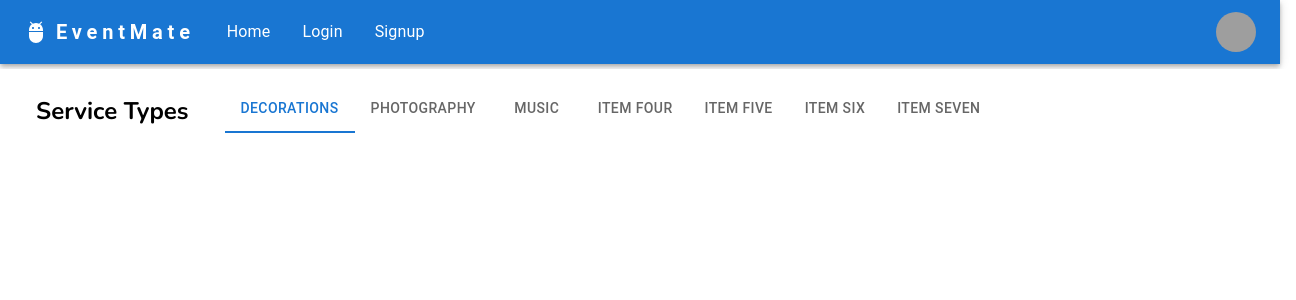
Repository: Farida-Yeasmin-Mim/EventMate_Frontend
Page: /filterpage
An editor plug-in stored every save of this project. The page is shown before and after the next save, followed by the edit.
The browser window is 1280 px wide. The page is 1296 px wide, so the pictures cover 1296 px, including what lies to the right of the window. The pictures show the whole page.
Pictures or frames that could not be fetched are drawn as grey boxes. The page's requests for data from a server got no answer. The project was rebuilt for these pictures with package versions that can differ from the ones it lists, and the page was loaded fresh each time. No one was signed in, and anything a server would have sent is missing. Also part of the build but not shown: src/components/PostRequest.js, src/pages/auth/Login.js, src/components/seletionTextField/selectGender.js, src/pages/auth/Signup.js, src/components/vendor/RegVendor.js, src/components/offer.js, src/components/productcategories.js, src/components/icontabs.js and 15 more.

Above is the page before, as saved 2022-08-16 17:57:52.

After the next save:
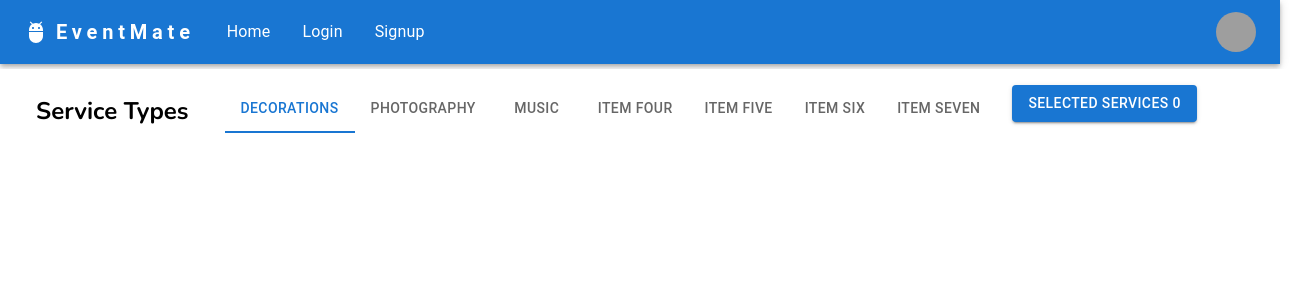
Saved 10 s later.
--- a/src/components/event/filter/FilterPage.js
+++ b/src/components/event/filter/FilterPage.js
@@ -34,6 +34,7 @@ import Tabs from '@mui/material/Tabs';
 import Tab from '@mui/material/Tab';
 import Box from '@mui/material/Box';
 import { Grid } from '@mui/material';
+import CartSide from './CartSide';
 
 export default function ScrollableTabsButtonAuto() {
     const [value, setValue] = React.useState(0);
@@ -68,6 +69,9 @@ export default function ScrollableTabsButtonAuto() {
                     </Tabs>
                 </Box>
             </Grid>
+            <Grid item>
+                <CartSide />
+            </Grid>
 
         </Grid>
 
